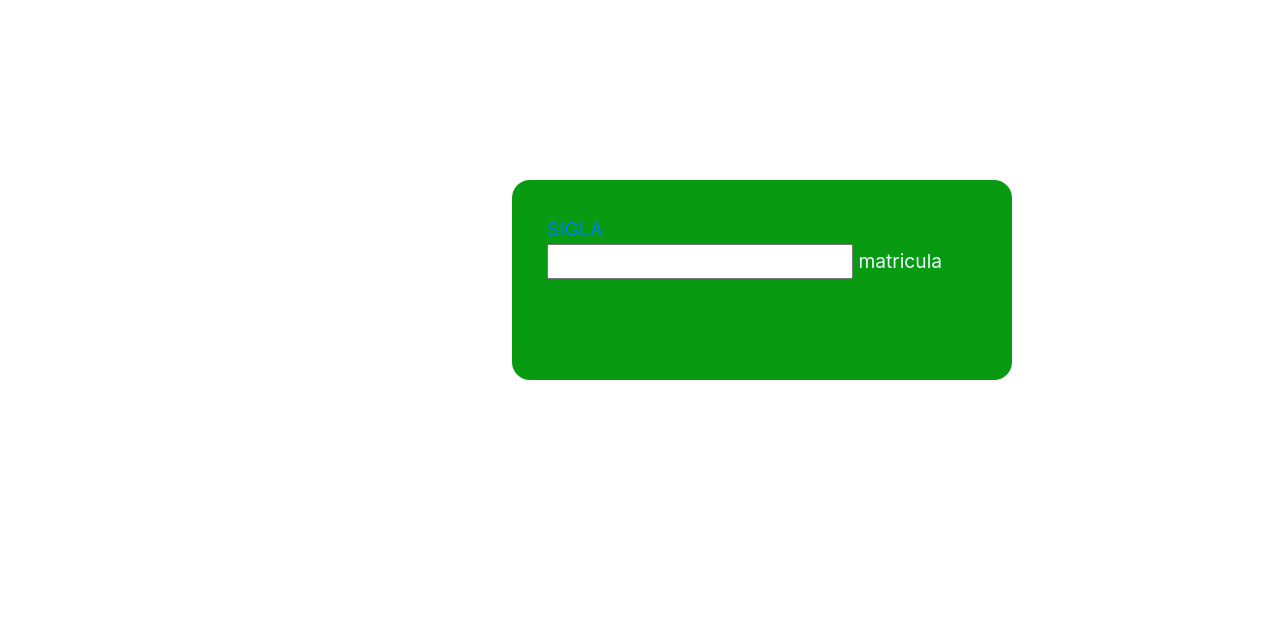
Repository: Melancia06/agenda
Page: index.html
These files come from the project's save history. The page is drawn as it stood at one moment and after the next save; the edit follows.
The browser window is 1280 px wide. The pictures show the whole page.

Above is the page before, as saved 2024-08-08 09:32:13.

After the next save:
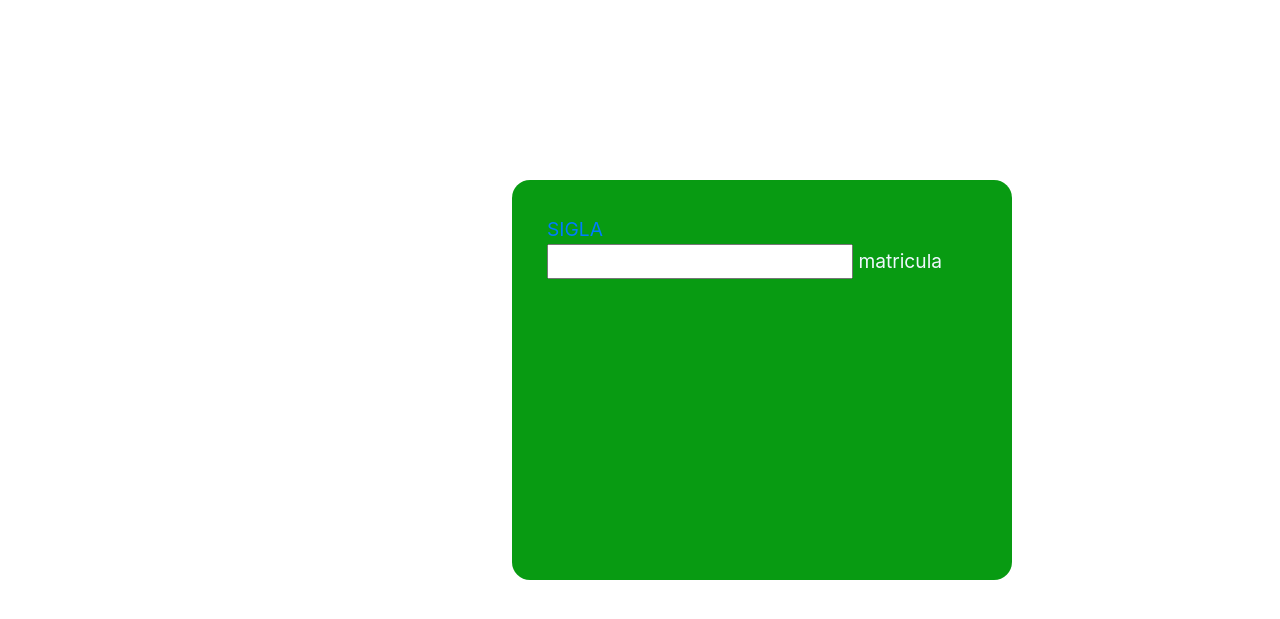
Saved 4 s later.
--- a/css/css.css
+++ b/css/css.css
@@ -9,7 +9,7 @@
  font-size: larger;
  min-width: 100px;
 min-width: 500px;
-min-height: 200px;
+min-height: 400px;
 max-height: 500px;
 }
 .marca-marca:hover{
